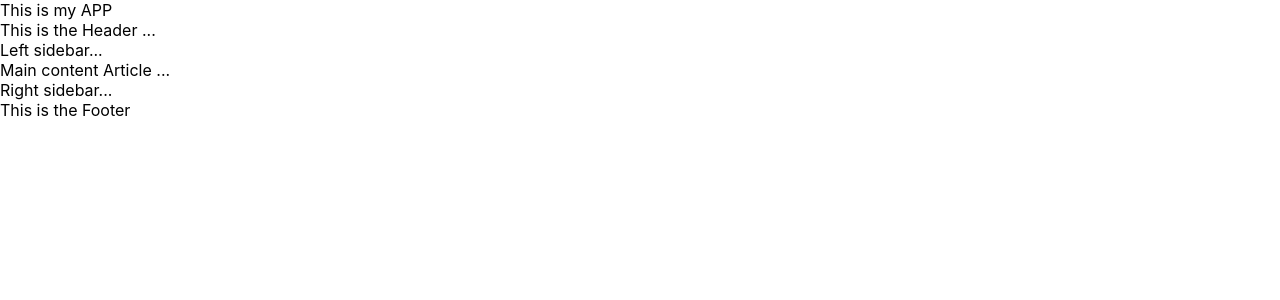
Repository: vnevescode/ui-components-react
Page: /
An editor plug-in stored every save of this project. The page is shown before and after the next save, followed by the edit.
The browser window is 1280 px wide. The pictures show the whole page.
The project was rebuilt for these pictures with package versions that can differ from the ones it lists, and the page was loaded fresh each time. Also part of the build but not shown: src/components/Cards/Cards.styles.css, src/components/Cards/Cards.jsx.

Above is the page before, as saved 2022-06-09 22:38:27.

After the next save:
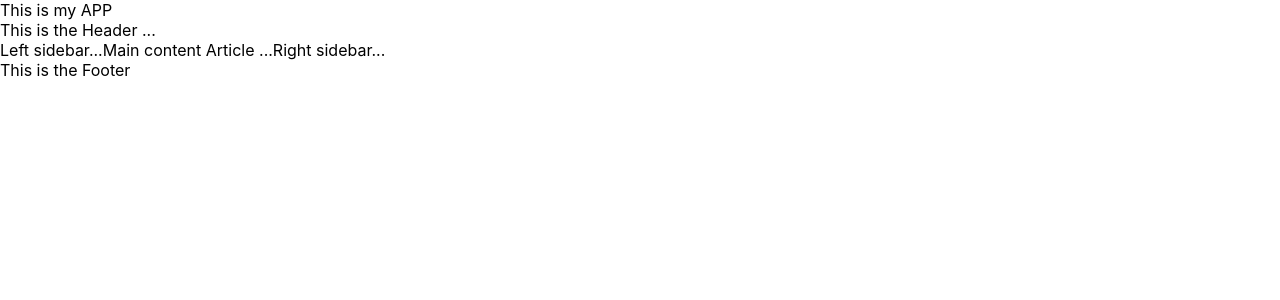
Saved 85 s later.
--- a/src/components/HolyGrailLayout/HolyGrailLayout.styles.css
+++ b/src/components/HolyGrailLayout/HolyGrailLayout.styles.css
@@ -5,4 +5,8 @@
     .container__main{
         /* Take the remaining height */
         flex-grow: 1;
+
+        /*  Layout the left sidebar, main content and right sidebar */
+        display: flex;
+
     }
